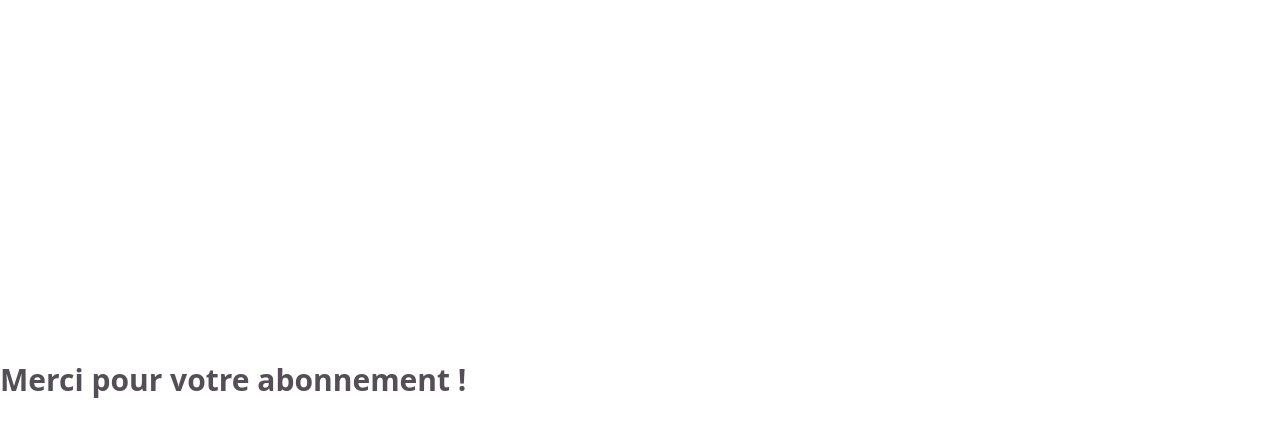
Repository: Irajiack/TP2_CamilleElisabethBleau_CarmenFerlatte
Page: confirmation.html
These files come from the project's save history. The page is drawn as it stood at one moment and after a run of saves; the edit follows.
The browser window is 1280 px wide. The pictures show the whole page.
Some web libraries are served in a nearby version.

Above is the page before, as saved 2024-06-23 14:03:45.

### confirmation.html
<!DOCTYPE html>
<html lang="fr-ca">
<head>
    <meta charset="UTF-8">
    <meta name="viewport" content="width=device-width, initial-scale=1.0">
    <title>Confirmation</title>
    <script src="https://cdn.tailwindcss.com"></script>
</head>
<body>
    <main>
        <div class="flex w-screen h-screen bg[#f1f4f6] items-center ">
            <h1 class="mt-10 text-3xl text-[#544F57] font-extrabold">Merci pour votre abonnement !</h1>
        </div>
    </main>
</body>
</html>

After the next 3 saves:
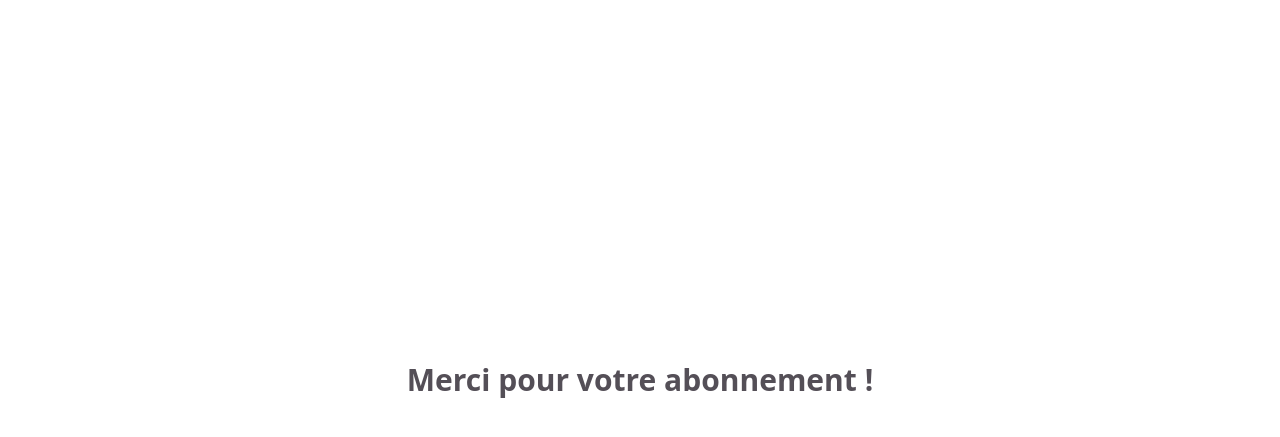
The 3 saves are shown as one change because they came seconds apart.
The last was saved 10 s later.
--- a/confirmation.html
+++ b/confirmation.html
@@ -8,7 +8,7 @@
 </head>
 <body>
     <main>
-        <div class="flex w-screen h-screen bg[#f1f4f6] items-center ">
+        <div class="flex w-screen h-screen bg[#f1f4f6] items-center justify-center ">
             <h1 class="mt-10 text-3xl text-[#544F57] font-extrabold">Merci pour votre abonnement !</h1>
         </div>
     </main>
